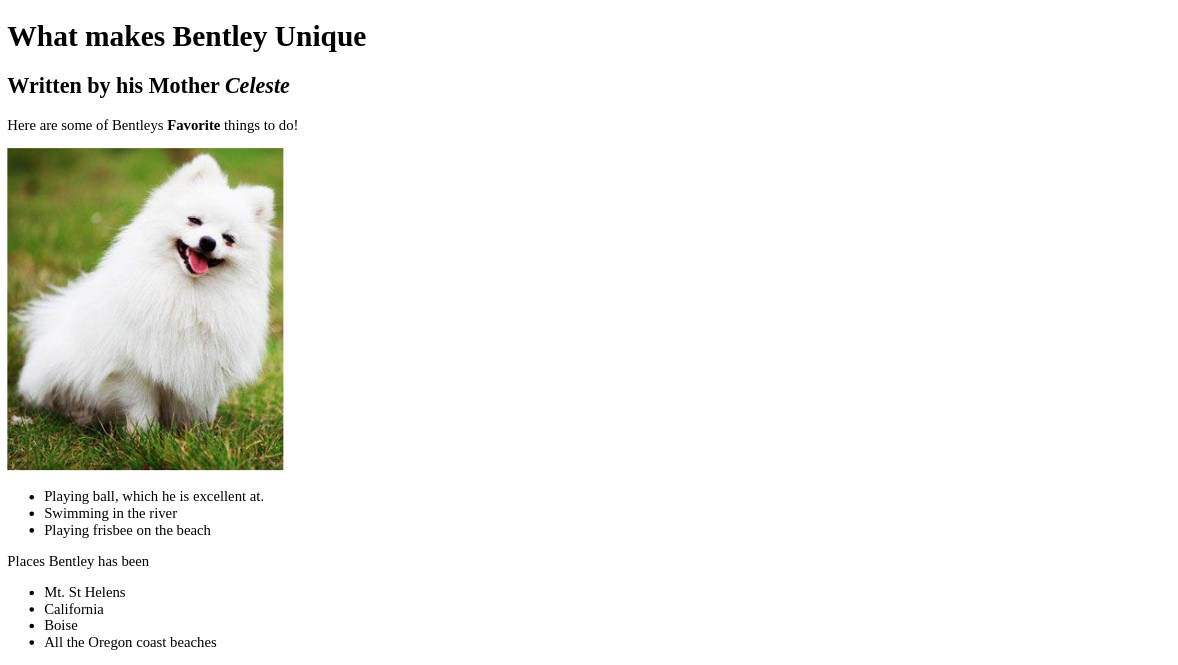
Repository: fieldceleste/bentley-boy
Page: bentley-boy.html
An editor plug-in stored every save of this project. The page is shown before and after the next save, followed by the edit.
The browser window is 1280 px wide. The pictures show the whole page, at 92% of full size.

Above is the page before, as saved 2019-10-23 19:40:20.

After the next save:
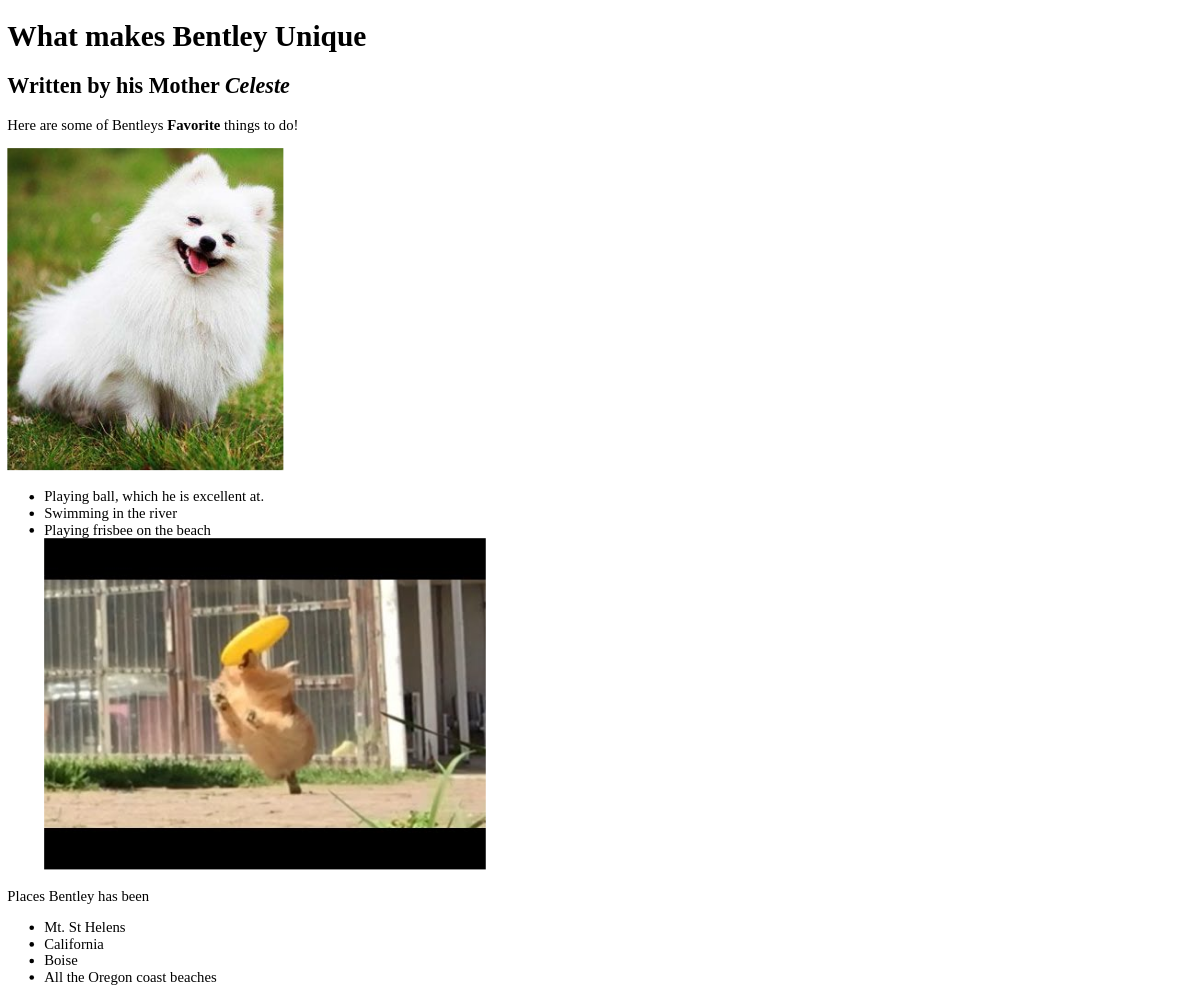
Saved 3 min 10 s later.
--- a/bentley-boy.html
+++ b/bentley-boy.html
@@ -12,6 +12,7 @@
       <li>Playing ball, which he is excellent at.</li>
       <li>Swimming in the river</li>
       <li>Playing frisbee on the beach</li>
+        <img src="img./frisbee.jpeg"alt="photo of dog playing frisbee">
     </ul>
     <p>Places Bentley has been</p>
     <ul>
